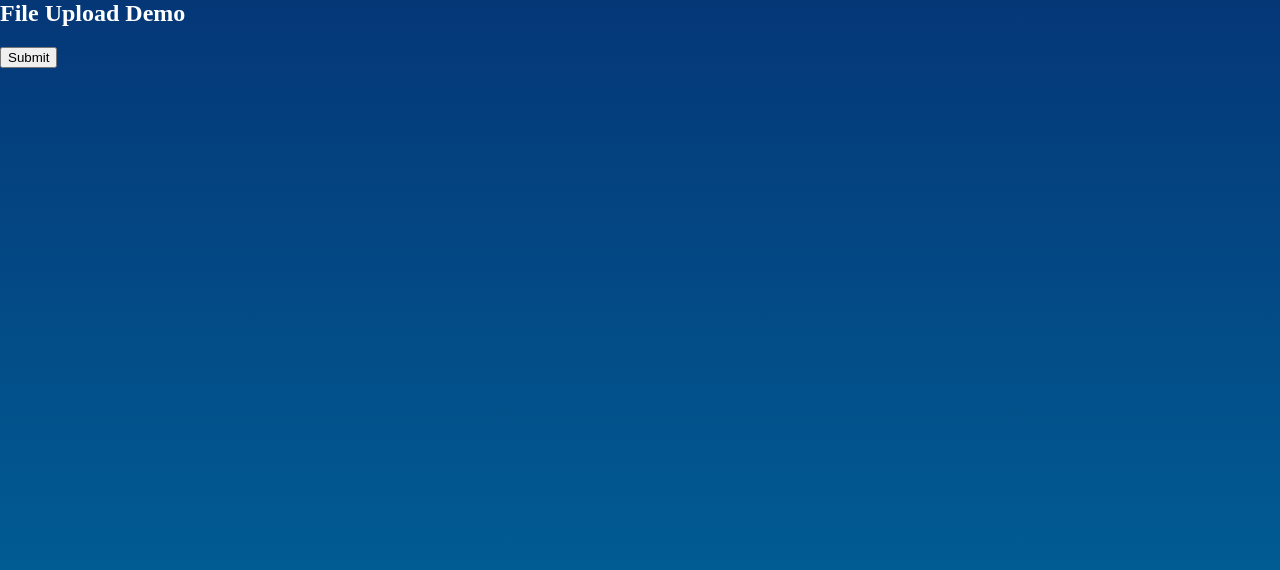
Repository: rakeshgowdan/Servlets-Jsp
Page: http://localhost/FileUploadDemo/
The author's editor kept a copy of each file at every save. The page is drawn from the files as they stood at one save, then again after the next save.
The browser window is 1280 px wide. The pictures show the whole page.
The page is served by Tomcat 9. Other server files are loaded and not shown.

Above is the page before, as saved 2019-02-04 15:45:17.

### FileUploadDemo/src/main/webapp/index.jsp
<html>
<body>
<head>
<h2>File Upload Demo</h2>
<style>
input[type=file] {
    position: absolute;
    width: 100%;
    height: 100%;
    top: 0;
    left: 0;
    right: 0;
    bottom: 0;
    opacity: 0;
    cursor: pointer;
  }
   input[type=file]:focus + .file-dummy {
    outline: 2px solid rgba(255,255,255,0.5);
    outline: -webkit-focus-ring-color auto 5px;
  }

  input[type=file]:valid + .file-dummy {
    border-color: rgba(0,255,0,0.4);
    background-color: rgba(0,255,0,0.3);

    .success {
      display: inline-block;
    }
    .default {
      display: none;
    }
  }
}









/* ===================== BASIC STYLING ===================== */

* {
  box-sizing: border-box;
  font-family: 'Lato', sans-serif;
}

html,
body {
  margin: 0;
  padding: 0;
  font-weight: 300;
  height: 100%;
  background: #053777;
  color: #fff;
  font-size: 16px;
  overflow: hidden;
  background: -moz-linear-gradient(top, #053777 0%, #00659b 100%);
  /* FF3.6+ */

  background: -webkit-gradient(linear, left top, left bottom, color-stop(0%, #053777), color-stop(100%, #00659b));
  /* Chrome,Safari4+ */

  background: -webkit-linear-gradient(top, #053777 0%, #00659b 100%);
  /* Chrome10+,Safari5.1+ */

  background: -o-linear-gradient(top, #053777 0%, #00659b 100%);
  /* Opera 11.10+ */

  background: -ms-linear-gradient(top, #053777 0%, #00659b 100%);
  /* IE10+ */

  background: linear-gradient(to bottom, #053777 0%, #00659b 100%);
  /* W3C */

}

h1 {
  text-align: center;
  margin: 50px auto;
  font-weight: 100;
}

label {
  font-weight: 500;
  display: block;
  margin: 4px 0;
  text-transform: uppercase;
  font-size: 13px;
  overflow: hidden;


}


}





}

</style>
</head>
<form action="Upload" method="post" enctype="multipart/form-data">

  <input type="file" name="file" multiple/>
  <input type="submit">


</form>
</body>
</html>

After the next save:
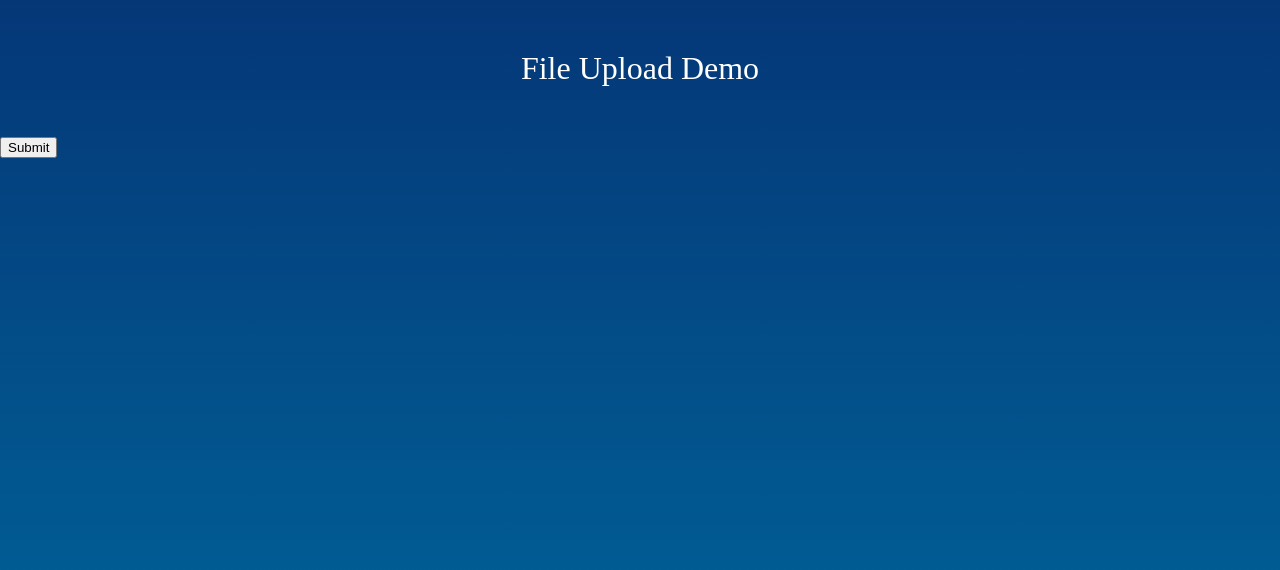
Saved 34 s later.
--- a/FileUploadDemo/src/main/webapp/index.jsp
+++ b/FileUploadDemo/src/main/webapp/index.jsp
@@ -1,7 +1,7 @@
 <html>
 <body>
 <head>
-<h2>File Upload Demo</h2>
+<h1>File Upload Demo</h1>
 <style>
 input[type=file] {
     position: absolute;
@@ -82,24 +82,7 @@ h1 {
   margin: 50px auto;
   font-weight: 100;
 }
-
-label {
-  font-weight: 500;
-  display: block;
-  margin: 4px 0;
-  text-transform: uppercase;
-  font-size: 13px;
-  overflow: hidden;
-
-
 }
-
-
-}
-
-
-
-
 
 }
 
